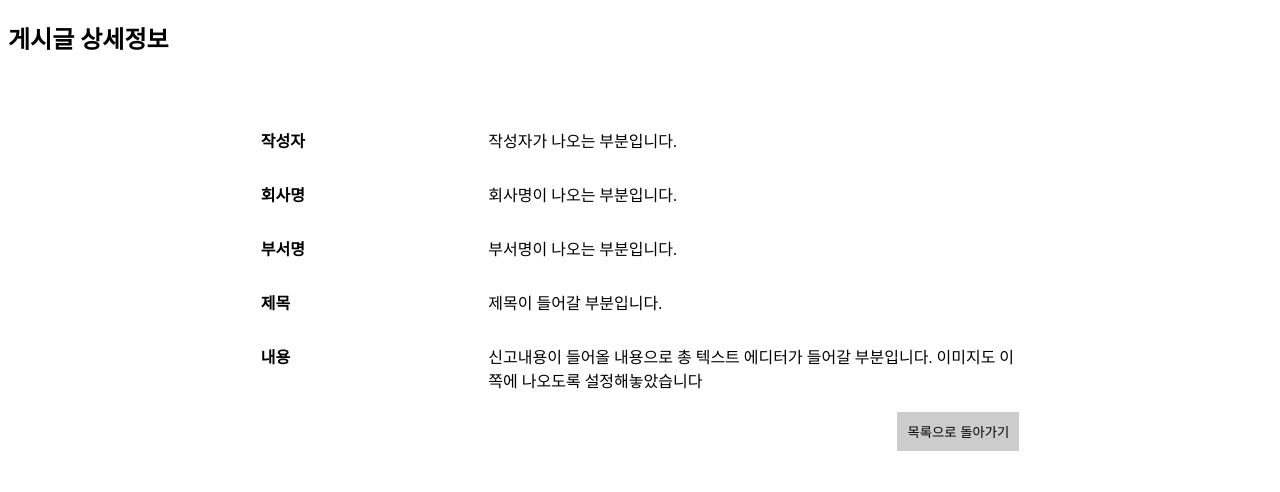
Repository: thdtjdgml415/exVoc
Page: /postView/1
The author's editor kept a copy of each file at every save. The page is drawn from the files as they stood at one save, then again after the next save.
The browser window is 1280 px wide. The pictures show the whole page.
The project was rebuilt for these pictures with package versions that can differ from the ones it lists, and the page was loaded fresh each time. Also part of the build but not shown: src/components/table/CommonTable.css, src/components/table/CommonTable.js, src/components/table/CommonTableColumn.js, src/components/table/CommonTableRow.js, src/components/table/CommonTableWriteBtn.js, src/Page/PostList.js, src/Page/PostMain.js, src/Page/registration.css and 7 more.

Above is the page before, as saved 2023-01-13 15:52:10.

### public/index.html
<!DOCTYPE html>
<html lang="en">
<head>
  <meta charset="UTF-8">
  <meta http-equiv="X-UA-Compatible" content="IE=edge">
  <meta name="viewport" content="width=device-width, initial-scale=1.0">
  <title>게시판</title>
</head>
<body>
  <div id="root"></div>
</body>
</html>

### src/App.js
import { BrowserRouter, Routes,  Route } from 'react-router-dom';
import PostMain from './Page/PostMain';
import PostView from './Page/PostView';
import Registration from './Page/Registration';
import AdminList from './Page/AdminList';
import AdminView from './Page/AdminView';

function App() {
  return (
    <div className='App'>
      <BrowserRouter>
        <Routes>
          <Route path='/' element={<Registration/>}/>
          <Route path='/postView/:no' element={<PostView/>}/>
          <Route path='/PostMain' element= {<PostMain/>}/>
          <Route path='/Page/AdminList' element= {<AdminList/>}/>
          <Route path='/AdminView/:no' element= {<AdminView/>}/>
        </Routes>
      </BrowserRouter>
    </div>
  )
}

export default App;

### src/Page/PostView.js
import React, { useEffect, useState } from 'react';
import { useNavigate, useParams } from 'react-router';
import { getPostByNo } from '../Data';
import './Post.css'


const PostView = ({ }) => {
  const [ data, setData ] = useState({});
  const navigator = useNavigate();
  const { no } = useParams();


    useEffect(() => {
      setData(getPostByNo(no));
    }, [ ]);

  return (
    <>
      <h2 align="left">게시글 상세정보</h2>
      <div className="post-view-wrapper">
          <>
            <div className="post-view-row">
              <label>작성자</label>
              <label>작성자가 나오는 부분입니다.</label>
            </div>
            <div className="post-view-row">
              <label>회사명</label>
              <label>회사명이 나오는 부분입니다.</label>
            </div>
            <div className="post-view-row">
              <label>부서명</label>
              <label>부서명이 나오는 부분입니다.</label>
            </div>
            <div className="post-view-row">
              <label>제목</label>
              <label>제목이 들어갈 부분입니다.</label>
            </div>
            <div className="post-view-row">
              <label>내용</label>
              <label>신고내용이 들어올 내용으로 총 텍스트 에디터가 들어갈 부분입니다. 이미지도 이쪽에 나오도록 설정해놓았습니다</label>
            </div>
          </>
        <div className='post-view-btn-wrap'>
          <button className="post-view-go-list-btn" onClick={() => navigator(-1)}>목록으로 돌아가기</button>
        </div>
      </div>
    </>
  )
}

export default PostView;

### src/Data.js
const postList = [
    {
        "no": 1,
        "title": "첫번째 게시글입니다.",
        "content": "첫번째 게시글 내용입니다.",
        "createDate": "2023-01-12"
      },
      {
        "no": 2,
        "title": "두번째 게시글입니다.",
        "content": "두번째 게시글 내용입니다.",
        "createDate": "2023-01-12"
      },
      {
        "no": 3,
        "title": "세번째 게시글입니다.",
        "content": "세번째 게시글 내용입니다.",
        "createDate": "2023-01-12"
      },
      {
        "no": 4,
        "title": "네번째 게시글입니다.",
        "content": "네번째 게시글 내용입니다.",
        "createDate": "2023-01-12"
      },
      {
        "no": 5,
        "title": "다섯번째 게시글입니다.",
        "content": "다섯번째 게시글 내용입니다.",
        "createDate": "2023-01-12"
      },
]

const getPostByNo = no => {

    const array = postList.filter(x=>x.no===no);
    if(array.length == 1) {
        return array[1];
    }
    return null;
}

export {
    postList,
    getPostByNo
};

### src/Page/Post.css
.PostList-Wrap {
  padding-top: 10vw;

}

.post-view-wrapper {
    width: 60%;
    margin: 0 auto;
    margin-top: 5%;
  }
  .post-view-btn-wrap {
    display: flex;
    justify-content: flex-end;
  }
  .post-view-go-list-btn {
    border: 0;
    padding: 10px;
    background-color: #ccc;
  }

  .post-view-row {
    margin: 10px 0;
    display: flex;
  }

  .post-view-row > label:first-child {
    margin: 10px 0;
    width: 30%;
    font-weight: bold;
  }

  .post-view-row > *:nth-child(2) {
    margin: 10px 0;
    width: 70%;
  }

### src/components/modal/common.css
#container {
  display: flex;
  flex: 1;
  justify-content: center;
}

html {
  background-color: white;
}

h3 {
  padding: 0;
  -webkit-text-size-adjust: none;
}

h1 {
  padding: 20px 30px;

  border-bottom: 1px solid #ccc;

}

Loaded but not shown: src/index.js (common file)

After the next save:
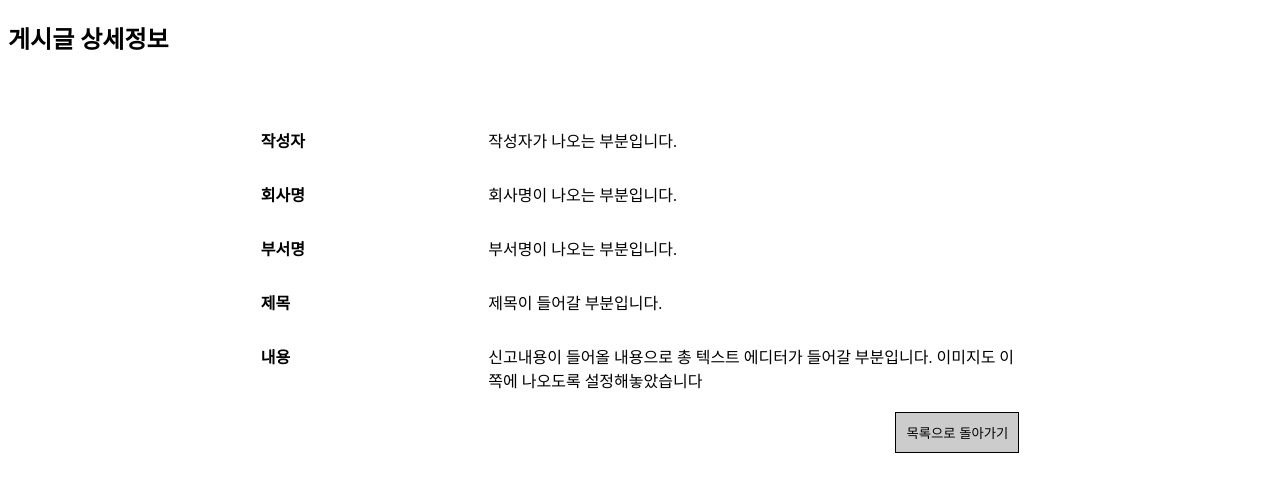
Saved 2 min 46 s later.
--- a/src/Page/Post.css
+++ b/src/Page/Post.css
@@ -16,6 +16,7 @@
     border: 0;
     padding: 10px;
     background-color: #ccc;
+    border: 1px solid #000;
   }
 
   .post-view-row {

After the save that followed:
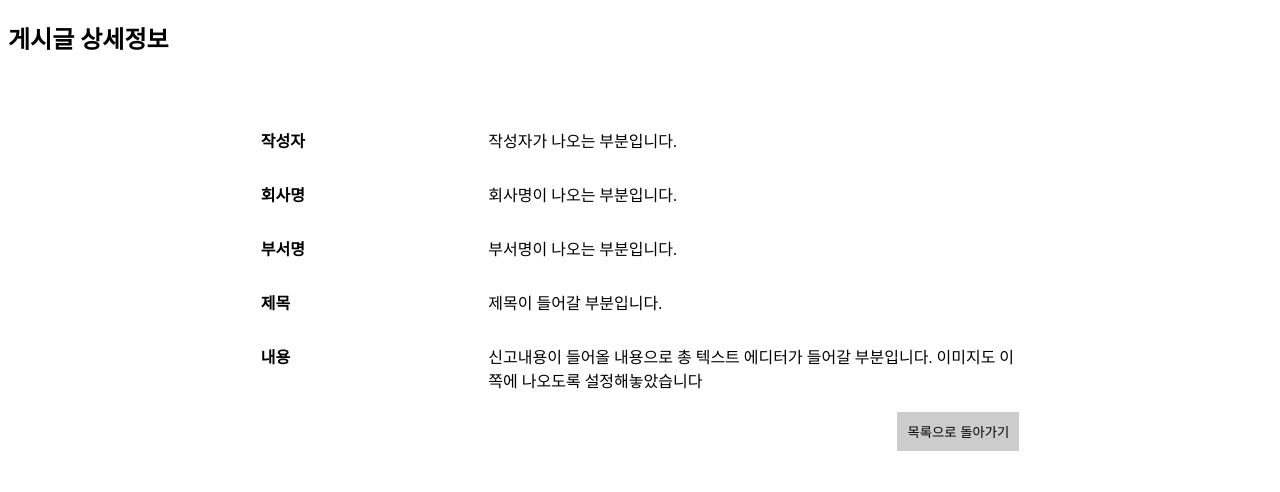
Saved 16 s later.
--- a/src/Page/Post.css
+++ b/src/Page/Post.css
@@ -16,7 +16,6 @@
     border: 0;
     padding: 10px;
     background-color: #ccc;
-    border: 1px solid #000;
   }
 
   .post-view-row {
